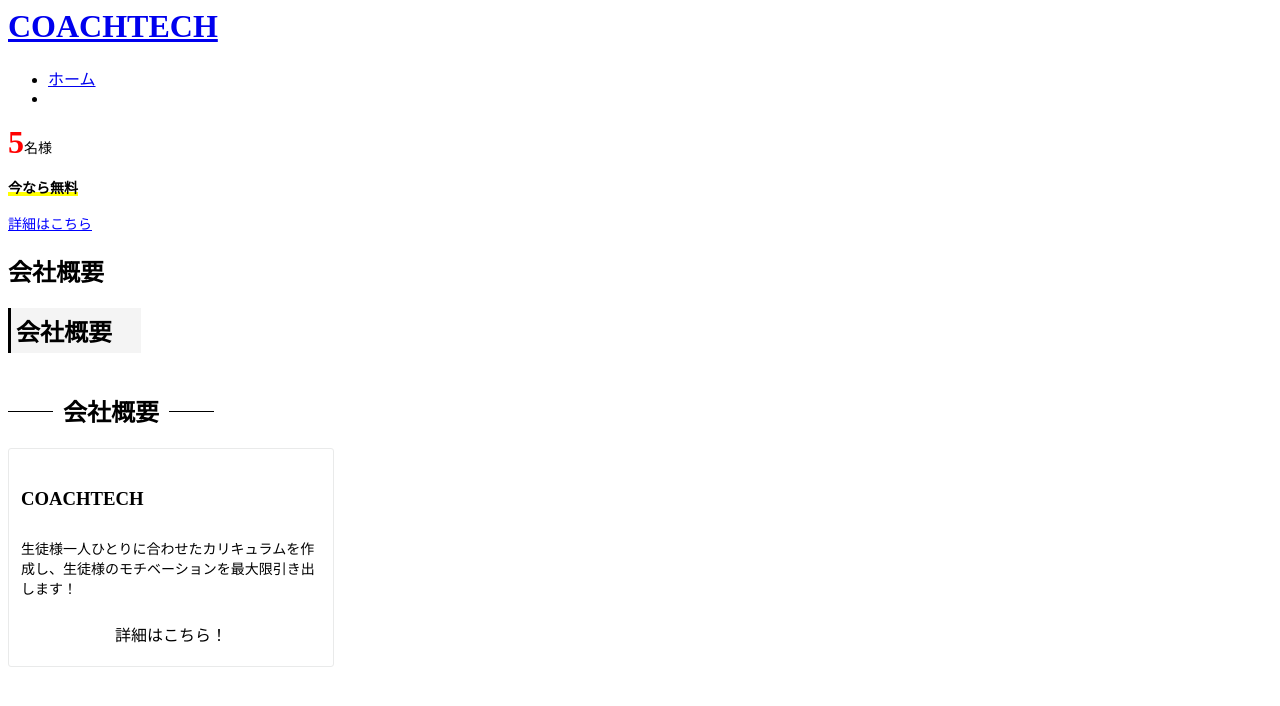
Repository: 9136424556/todo01
Page: coachtech/html-css/ホームページ基礎css2-4.html
An editor plug-in stored every save of this project. The page is shown before and after the next save, followed by the edit.
The browser window is 1280 px wide. The pictures show the whole page.

Above is the page before, as saved 2023-12-04 02:26:31.

After the next save:
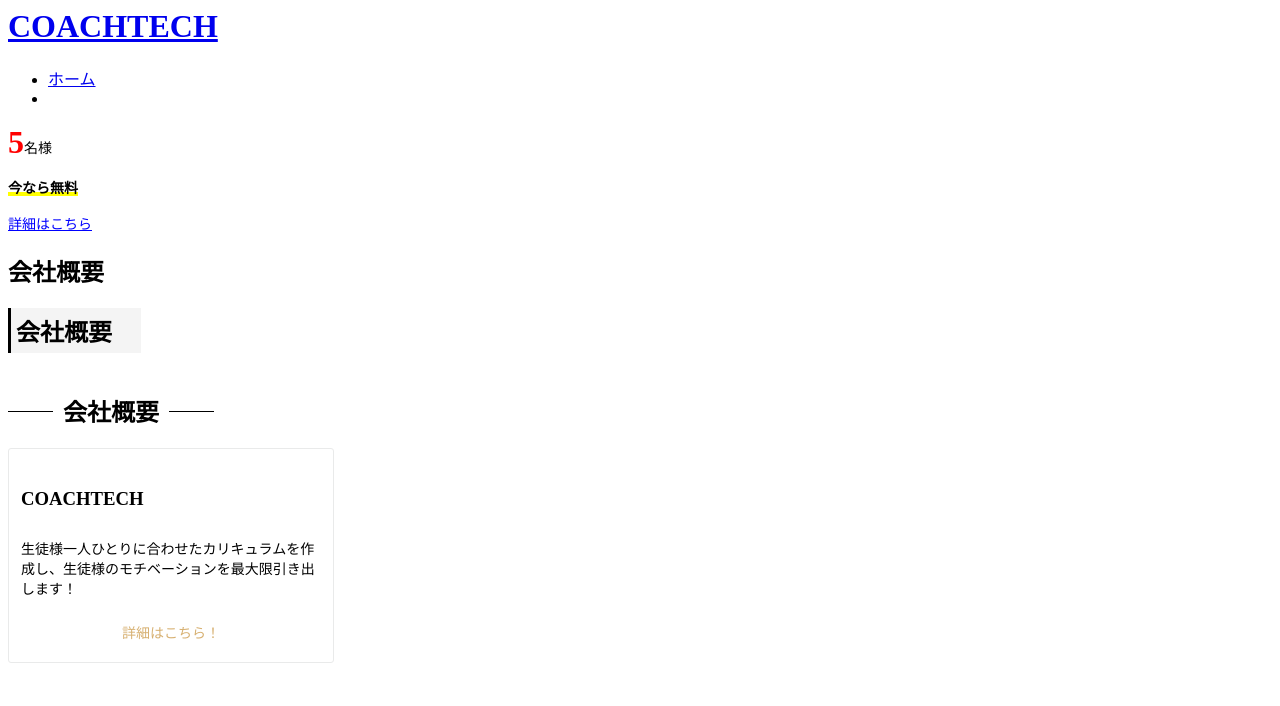
Saved 91 s later.
--- a/coachtech/html-css/css/css2-4.css
+++ b/coachtech/html-css/css/css2-4.css
@@ -64,4 +64,6 @@
     display: block;
     text-align: center;
     margin: 10px 0;
+    color:#d7b071;
+    font-size: 14px;
 }
